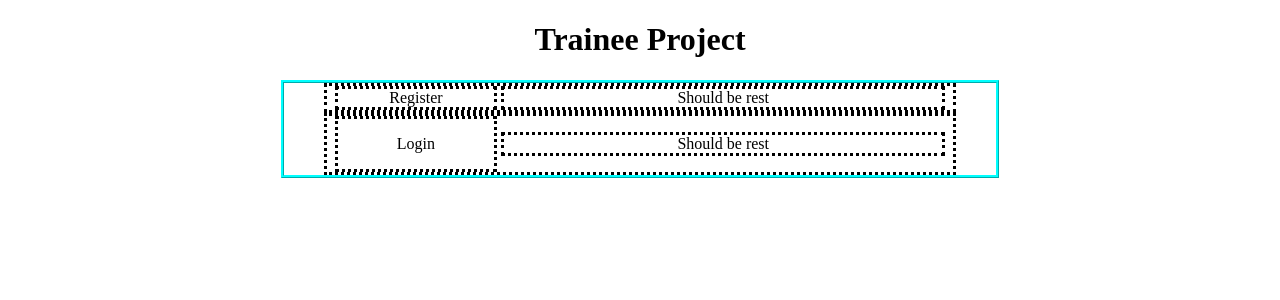
Repository: LsCodeMaster/Training
Page: Trainee/WebContent/trainee.html
These files come from the project's save history. The page is drawn as it stood at one moment and after the next save; the edit follows.
The browser window is 1280 px wide. The pictures show the whole page.

Above is the page before, as saved 2015-09-15 10:09:39.

After the next save:
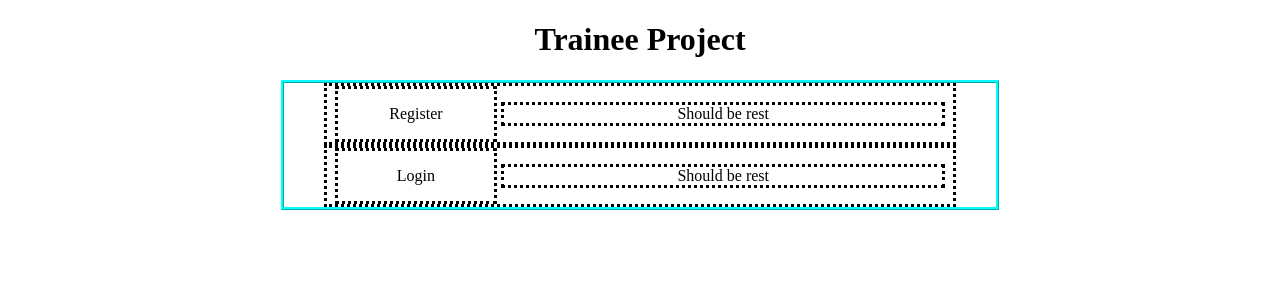
Saved 34 s later.
--- a/Trainee/WebContent/trainee.html
+++ b/Trainee/WebContent/trainee.html
@@ -10,7 +10,7 @@
 	<div class="centeredBox">
 		<div>
 			<div class="loginType">
-				Register
+				<p>Register</p>
 			</div>
 			<div class="loginInfo">
 				Should be rest
